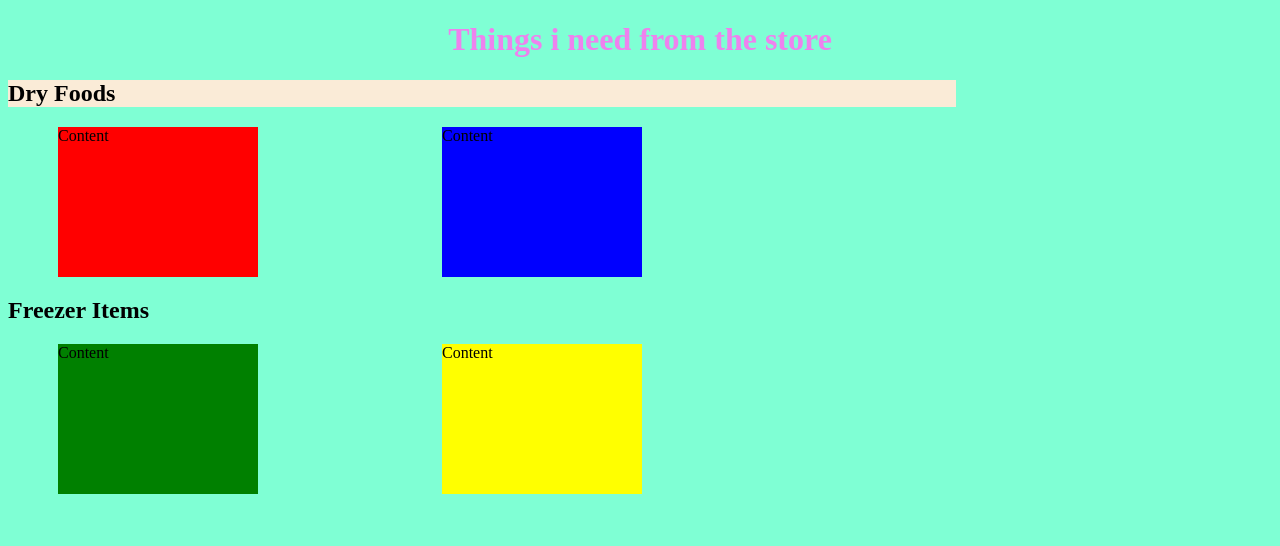
Repository: TheTroyPhillips/Block14
Page: Coursework/Block06/index.html
An editor plug-in stored every save of this project. The page is shown before and after a run of saves, followed by the edit.
The browser window is 1280 px wide. The pictures show the whole page.

Above is the page before, as saved 2023-08-29 17:35:15.

After the next 8 saves:
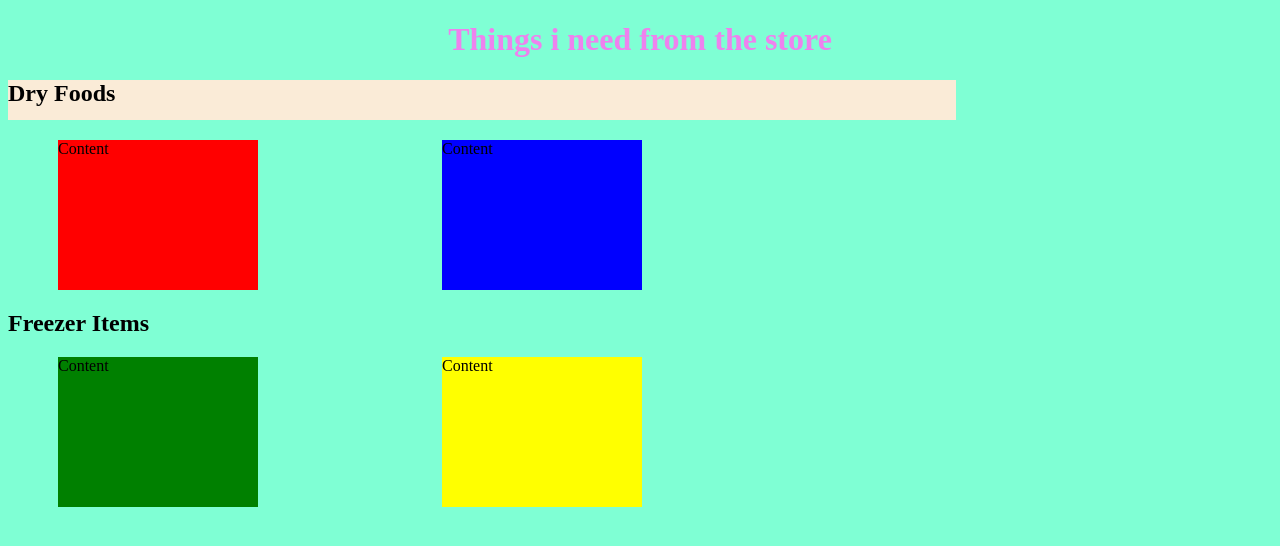
The 8 saves are shown as one change because they came seconds apart.
The last was saved 19 s later.
--- a/Coursework/Block06/styles.css
+++ b/Coursework/Block06/styles.css
@@ -24,5 +24,5 @@ h2 {
 .Dry{
     background-color: antiquewhite;
     width: 75%;
-    height:;
+    height:40px;
 }
